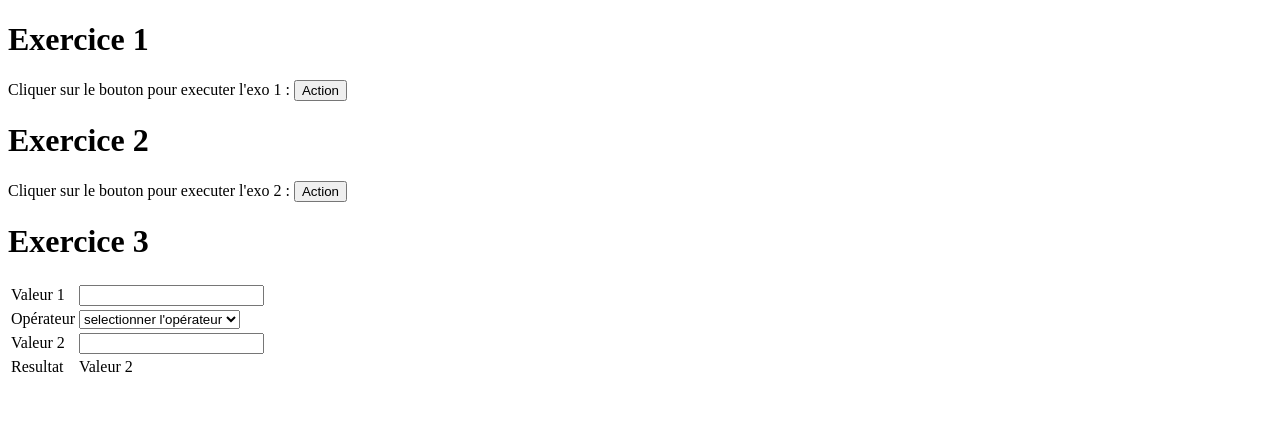
Repository: AgatheLM/formation_js
Page: insee-travaux-js/insee-client-js/exo1.html
The author's editor kept a copy of each file at every save. The page is drawn from the files as they stood at one save, then again after the next save.
The browser window is 1280 px wide. The pictures show the whole page.

Above is the page before, as saved 2018-01-24 11:41:05.

### insee-travaux-js/insee-client-js/exo1.html
<!DOCTYPE html>
<html>
<head>
<meta charset="utf-8">
<meta http-equiv="X-UA-Compatible" content="IE=edge">
<title>Ma page de calcul</title>
<script type="text/javascript" src="scripts/main.js"></script>
</head>
<body>

	<h1>Exercice 1</h1>
	<form action="">
		Cliquer sur le bouton pour executer l'exo 1 : <input type="button"
			value="Action" onclick="main()" />
	</form>

	<h1>Exercice 2</h1>
	<form action="">
		Cliquer sur le bouton pour executer l'exo 2 : <input type="button"
			value="Action" onclick="main_exo2()" />
	</form>

	<h1>Exercice 3</h1>
	<form action="">
		<table>
			<tr>
				<td><label for="val1"> Valeur 1 </label> </td>
				<td><input type="text" name="val1" id="val1" /></td>
			</tr>
			<tr>
				<td><label for="operateur"> Opérateur </label> </td>
				<td><select name="operateur" id="operateur">
						<option value="none">selectionner l'opérateur</option>
						<option value="+">+</option>
						<option value="-">-</option>
						<option value="*">*</option>
						<option value="/">/</option>
				</select></td>
			</tr>
			<tr>
				<td><label for="val2" > Valeur 2 </label></td>
				<td><input type="text" name="val2" id="val2" /></td>
			</tr>
			<tr>
				<td><label for="resultat" > Resultat</label></td>
				<td><label id="result"> Valeur 2 </label></td>
			</tr>
		</table>


	</form>


</body>
</html>

### insee-travaux-js/insee-client-js/scripts/main.js
function main(){

	// Exercice 1
	try{
		// 1 - Demande à l'utilisateur
		var largeur = prompt ('Renseigner la largeur?','');
		var longueur = prompt ('Renseigner la longueur?','');
		//2. Appel aux fonctions utilitaires
		var surface=calculSurface(longueur, largeur);
		var perimetre=calculPerimetre(longueur, largeur);
		//3. Affichage du résultat
		alert ("La surface est de " + surface);
		alert ("Le périmètre est de " + perimetre);
	} catch(e) {
		console.log(e);
	}


}

function main_exo2(){

	/*Exercice 2 : Manipulation des tableaux
	Nous souhaitons afficher les éléments d’un tableau selon l’indice fourni par un utilisateur.
	Cette action sera répétée autant de fois jusqu’à ce que l’utilisateur saisisse le nombre « -1 » pour sortir.
	Travail à faire :
	- Coder une fonction qui initialisera le tableau ci dessous :
	var tab = new Array("Hollande","ZOME","Sarkozy","LE PEN","LE MAIRE","VALLS"
	- Faire pointer l’action du bouton sur cette nouvelle fonction.
	*/

	try{
		var tab = initTableau();
		var max=tab.length;
		var i = 0;
		while (i!=-1 ){
			i = parseInt(prompt ('Quel élément voulez vous?'));
			if ( i<max){
				alert(afficheElement(tab,i));
				//i = prompt ('Quel élément voulez vous?');
			} else  {
				alert ("Indice incorrect, il n'y a que " + max + " élements");
				//i = prompt ('Quel élément voulez vous?');
			}
		}

	} catch(e) {
		console.log(e);
	}


}



/*************************
* Sous fonctions exo 1   *
*************************/


	function calculSurface (longueur, largeur)  {
		try {
			surface=longueur*largeur;
			return surface;
		} catch(e){
			console.log(e);
		}

	}

	function calculPerimetre (longueur, largeur){
		try {
			perimetre=2*longueur+2*largeur;
			return perimetre;
		}catch(e){
			console.log(e);
		}

	}


/*************************
* Sous fonctions exo 2   *
*************************/

	function initTableau(){
		return new Array("Hollande","ZOME","Sarkozy","LE PEN","LE MAIRE","VALLS");
	}


	function afficheElement(tab, i){
		return tab[i];
	}

After the next save:
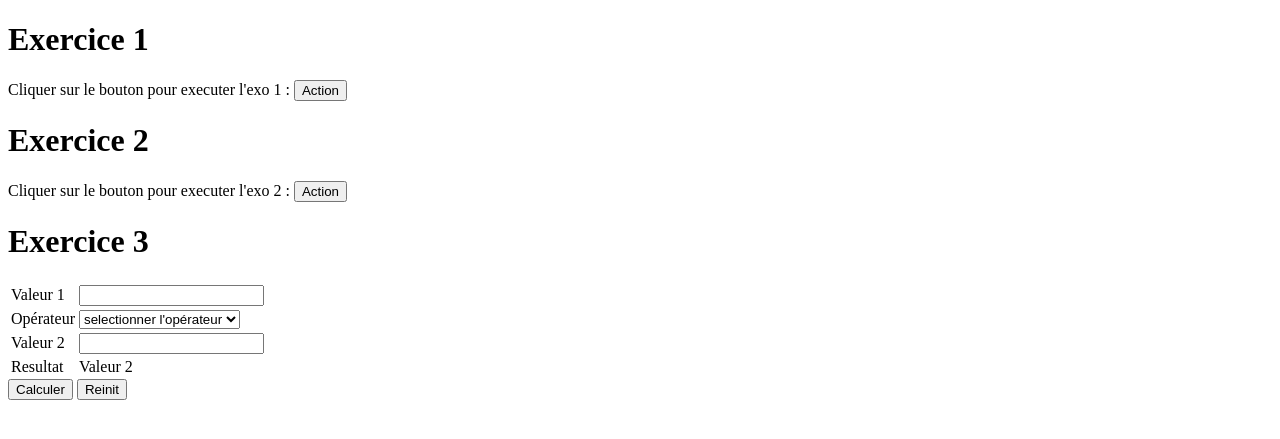
Saved 64 s later.
--- a/insee-travaux-js/insee-client-js/exo1.html
+++ b/insee-travaux-js/insee-client-js/exo1.html
@@ -43,10 +43,13 @@
 			</tr>
 			<tr>
 				<td><label for="resultat" > Resultat</label></td>
-				<td><label id="result"> Valeur 2 </label></td>
+				<td><label id="result" name="result"> Valeur 2 </label></td>
 			</tr>
 		</table>
-
+		<form action="">
+		<input type="button" value="Calculer" onclick="main_exo3()" />
+		<input type="button" value="Reinit" onclick="main_exo3()" />
+		</form>
 
 	</form>
 
